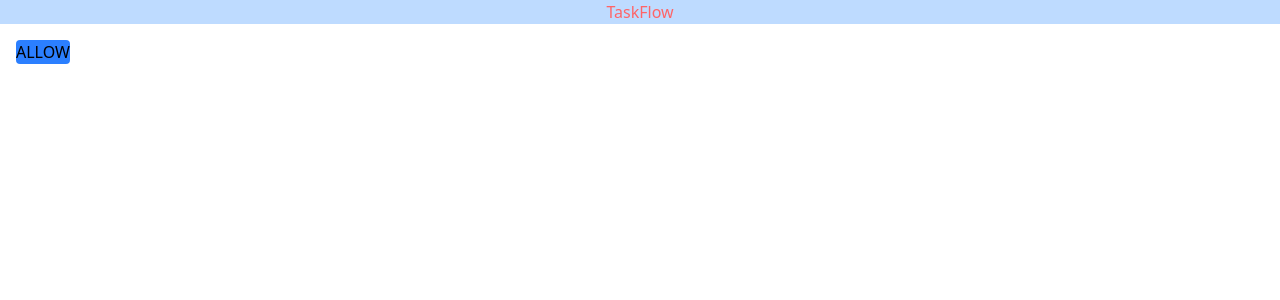
Repository: Manny1294/Taskflow
Page: /
An editor plug-in stored every save of this project. The page is shown before and after the next save, followed by the edit.
The browser window is 1280 px wide. The pictures show the whole page.
The project was rebuilt for these pictures with package versions that can differ from the ones it lists, and the page was loaded fresh each time. Also part of the build but not shown: vite.config.js.

Above is the page before, as saved 2026-02-11 06:43:00.

### index.html
<!doctype html>
<html lang="en">
  <head>
    <meta charset="UTF-8" />
    <link rel="icon" type="image/svg+xml" href="/vite.svg" />
    <meta name="viewport" content="width=device-width, initial-scale=1.0" />
    <title>taskflow</title>
  </head>
  <body>
    <div id="root"></div>
    <script type="module" src="/src/main.jsx"></script>
  </body>
</html>

### src/App.jsx
export default function App() {
  return (
    <>
      <h1 className="text-red-400 bg-blue-200 flex items-center justify-center ">
        TaskFlow
      </h1>
      <button className="border-green-300 rounded bg-blue-500 m-4">
        ALLOW
      </button>
    </>
  );
}

Loaded but not shown: src/main.jsx (common file); src/index.css (common file)

After the next save:
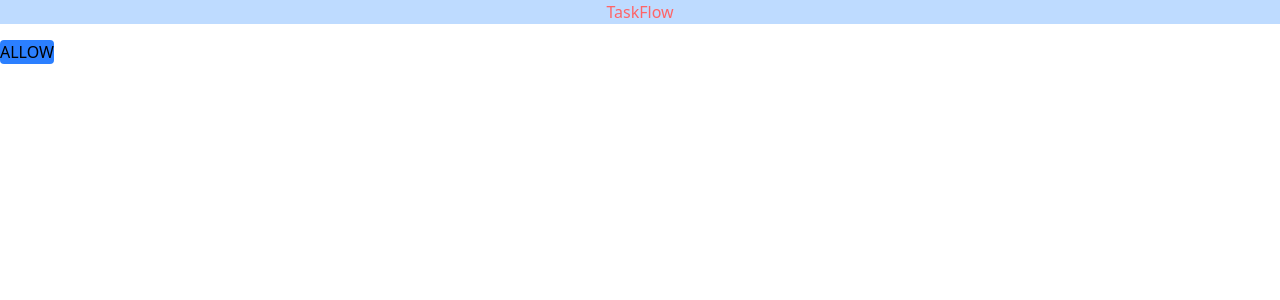
Saved 11 s later.
--- a/src/App.jsx
+++ b/src/App.jsx
@@ -4,7 +4,7 @@ export default function App() {
       <h1 className="text-red-400 bg-blue-200 flex items-center justify-center ">
         TaskFlow
       </h1>
-      <button className="border-green-300 rounded bg-blue-500 m-4">
+      <button className="border-green-300 rounded bg-blue-500 my-4">
         ALLOW
       </button>
     </>
